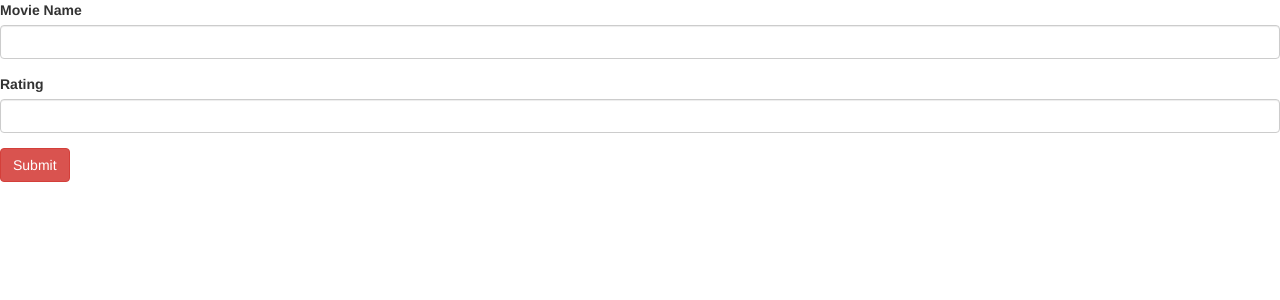
Repository: aishwarya-sankhla/JavaTraining
Page: http://localhost/WebApplication/AddRating.jsp
An editor plug-in stored every save of this project. The page is shown before and after the next save, followed by the edit.
The browser window is 1280 px wide. The pictures show the whole page.
The page is served by Tomcat 9.

Above is the page before, as saved 2018-10-03 07:06:43.

After the next save:
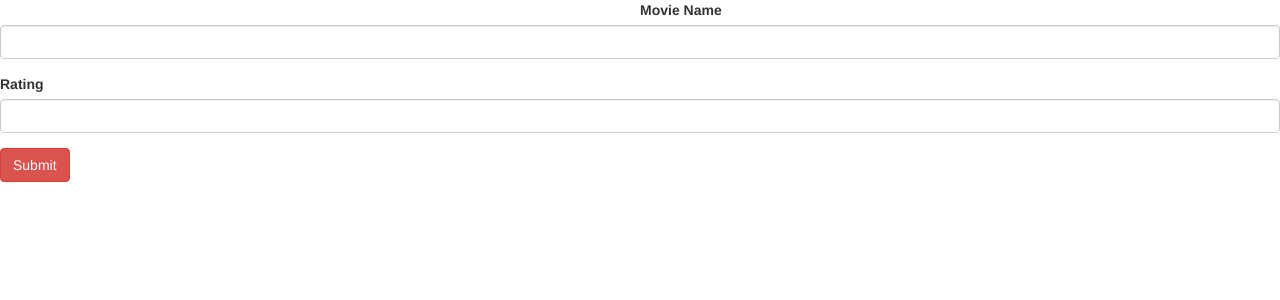
Saved 12 min 31 s later.
--- a/WebApplication/WebContent/AddRating.jsp
+++ b/WebApplication/WebContent/AddRating.jsp
@@ -8,7 +8,8 @@
 <title>Rate Movies</title>
 </head>
 <body>
-<form class="form" action="ProcessRating.jsp">
+<div class="col-md-6"></div>
+<form class="form center" action="ProcessRating.jsp">
 <div class="form-group">
 	<label for="movieName">Movie Name</label>
 	<input type="text" name="movieName" id="movieName" class="form-control"/>
